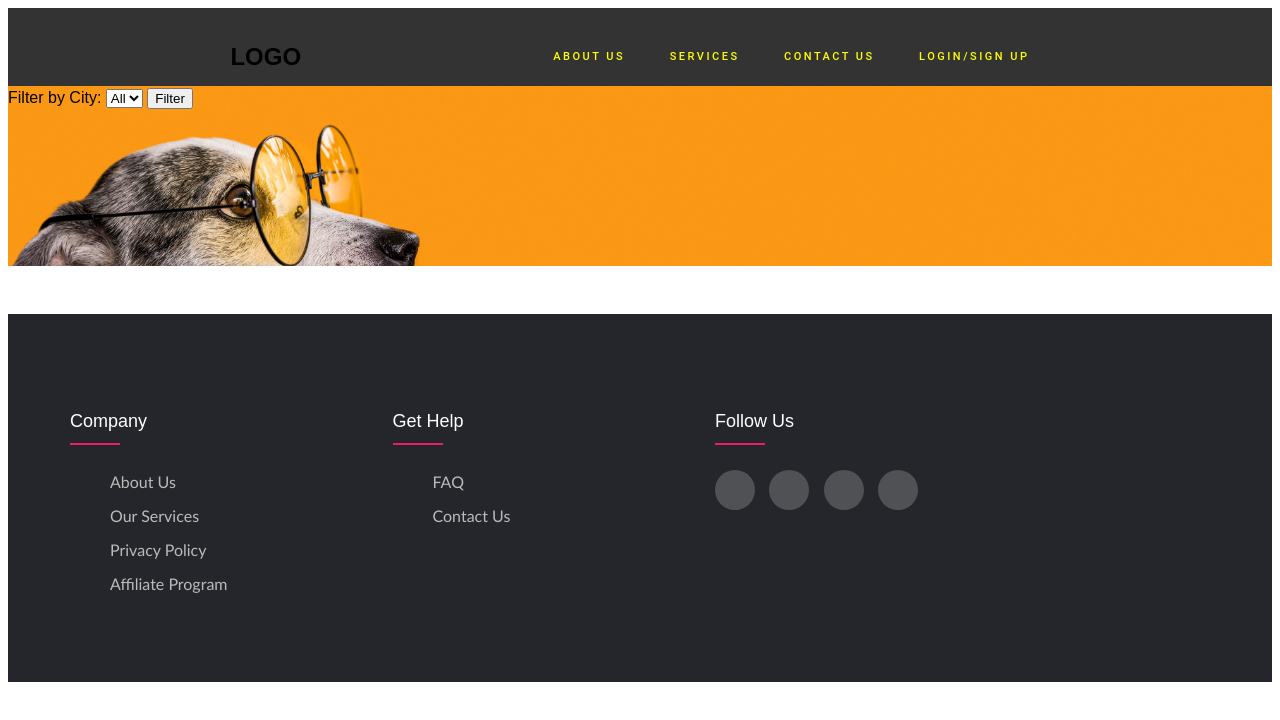
Repository: RishuGudigar/pawtakers
Page: templates/home.html
The author's editor kept a copy of each file at every save. The page is drawn from the files as they stood at one save, then again after the next save.
The browser window is 1280 px wide. The pictures show the whole page.
The page is served by the project's application, run on Django 4.2 (manage.py). Other server files are loaded and not shown. The template is opened directly, without the code that normally fills it, so the values that code supplies are empty.

Above is the page before, as saved 2023-05-22 08:18:08.

### pawtakers/templates/home.html
{% comment %} {% extends 'base.html' %} {% endcomment %}

{% block content %}
{% load static %}

<style>
    .container {
        display: flex;
        flex-wrap: wrap;
        gap: 20px;
    }

    .profile {
        display: flex;
        align-items: center;
        gap: 20px;
        margin-bottom: 20px;
    }

    .image-container {
        flex: 0 0 200px;
    }

    .image {
        width: 100%;
        height: auto;
        object-fit: cover;
    }

    .profile-details {
        flex-grow: 1;
    }

    .name {
        font-weight: bold;
    }

    .address {
        margin-top: 5px;
    }

    .description {
        margin-top: 10px;
    }

    .call-button {
        margin-top: 10px;
    }

    .container:hover {
        box-shadow: 0 0 10px rgba(0, 0, 0, 0.3); /* Add box shadow effect on hover */
        background-image: url('{% static "r_bg.jpg" %}');
        /* Add background image on hover */
        background-repeat: repeat; /* Set the background image to repeat */
        background-size: auto; /* Reset the background image size */
        background-position: fixed; /* Reset the background image position */
    }

    @import url('https://fonts.googleapis.com/css2?family=Poppins:wght@300;400;500;600;700&display=swap');

    body {
        line-height: 1.5;
        font-family: 'Poppins', sans-serif;
    }

    .container {
        max-width: 1170px;
        margin: auto;
    }

    .row {
        display: flex;
        flex-wrap: wrap;
    }

    ul {
        list-style: none;
    }

    .nav-bar{
        width: 100%;
    }


    .navbar{
        display: flex;
        align-items: center;
        justify-content: space-around;
        padding-top:20px;
        padding-left: 10%;
        padding-right:10%;
        background-color: rgba(0,0,0,0.8);
        height: 8vh;


    }

    .navbar ul li{
        list-style-type: none;
        display: inline-block;
        padding: 10px 20px;
    }

    .navbar ul li a{
        text-decoration: none;
        font-weight: 500;
        color:yellow;
        font-family: 'Roboto', sans-serif;
        font-size: 11px;
        text-transform: uppercase;
        letter-spacing: 2.5px;

    }

    .navbar ul li a:hover{
        color: white;
        transition: .4s;
        font-size: medium;
        font-weight: 500;
    }
    .container_view{
        max-width: 1170px;
        margin:auto;
    }
    .row{
        display: flex;
        flex-wrap: wrap;
    }
    ul{
        list-style: none;
    }
    .footer{
        background-color: #24262b;
        padding: 70px 0;
    }
    .footer-col{
        width: 25%;
        padding: 0 15px;
    }
    .footer-col h4{
        font-size: 18px;
        color: #ffffff;
        text-transform: capitalize;
        margin-bottom: 35px;
        font-weight: 500;
        position: relative;
    }
    .footer-col h4::before{
        content: '';
        position: absolute;
        left:0;
        bottom: -10px;
        background-color: #e91e63;
        height: 2px;
        box-sizing: border-box;
        width: 50px;
    }
    .footer-col ul li:not(:last-child){
        margin-bottom: 10px;
    }
    .footer-col ul li a{
        font-size: 16px;
        text-transform: capitalize;
        color: #ffffff;
        text-decoration: none;
        font-weight: 300;
        color: #bbbbbb;
        display: block;
        transition: all 0.3s ease;
        font-family: 'Gill Sans', 'Gill Sans MT', Calibri, 'Trebuchet MS', sans-serif;
    }
    .footer-col ul li a:hover{
        color: #ffffff;
        padding-left: 8px;
    }
    .footer-col .social-links a{
        display: inline-block;
        height: 40px;
        width: 40px;
        background-color: rgba(255,255,255,0.2);
        margin:0 10px 10px 0;
        text-align: center;
        line-height: 40px;
        border-radius: 50%;
        color: #ffffff;
        transition: all 0.5s ease;
    }
    .footer-col .social-links a:hover{
        color: #24262b;
        background-color: #ffffff;
        align-item:center;
        margin:auto;
    }

    .form_city{
        width:100%;
        height:25vh;
        background-image: url('{% static "filter_background.jpg" %}');
        background-repeat: no-repeat;
        background-size: cover;
    }


</style>
<div class="nav-bar">
    <nav class="navbar">
        <div>
        <a class="logo"><H1>LOGO</H1></a>
        </div>

        <div>
            <ul class="navbar-nav">
                <li class="nav-item"><a class="nav-link" href="#">About Us</a></li>
                <li class="nav-item"><a class="nav-link" href="#">Services</a></li>
                <li class="nav-item"><a class="nav-link" href="#">Contact Us</a></li>
                <li class="nav-item"><a class="nav-link" href="#">Login/Sign up</a></li>
        </ul>
        </div>
    </nav>
</div>
<div class=form_city>
<form method="GET" action="" class="city_form">
    <label for="city">Filter by City:</label>
    <select id="city" name="city">
        <option value="">All</option>
        {% for city in cities %}
            <option value="{{ city }}" {% if selected_city == city %}selected{% endif %}>{{ city }}</option>
        {% endfor %}
    </select>
    <button type="submit">Filter</button>
</form>
</div>
<br>
<br>
    {% for profile in profiles %}
    <div class="container">
    <div class="profile">
        <div class="image-container">
            <img src="{{ profile.image.url }}" alt="Person Image" class="image">
        </div>
        <div class="profile-details">
            <div class="name">{{ profile.name }}</div>
            <div class="address">{{ profile.city }},{{ profile.state }}</div>
            <div class="description">
                <p>Service Description:</p>
                <p>{{ profile.description }}</p>
            </div>
            <button class="call-button" onclick="callPerson('+91 8848699797')">
                <i class="fas fa-phone"></i>Call
            </button>
            <button class="call-button">
            <a href="{% url 'caretaker:profile' profile.pk %}" class="stretched-link">View More </a>
            </button>
        </div>
    </div>
</div>
<br>
<br>
    {% endfor %}



    <footer class="footer">
        <div class="container_view">
            <div class="row">
                <div class="footer-col">
                    <h4>company</h4>
                    <ul>
                        <li><a href="#">about us</a></li>
                        <li><a href="#">our services</a></li>
                        <li><a href="#">privacy policy</a></li>
                        <li><a href="#">affiliate program</a></li>
                    </ul>
                </div>
                <div class="footer-col">
                    <h4>get help</h4>
                    <ul>
                        <li><a href="#">FAQ</a></li>
                        <li><a href="#">Contact Us</a></li>
                    </ul>
                </div>

                <div class="footer-col">
                    <h4>follow us</h4>
                    <div class="social-links">
                        <a href="#"><i class="fab fa-facebook-f"></i></a>
                        <a href="#"><i class="fab fa-twitter"></i></a>
                        <a href="#"><i class="fab fa-instagram"></i></a>
                        <a href="#"><i class="fab fa-linkedin-in"></i></a>
                    </div>
                </div>
            </div>
        </div>
    </footer>

{% endblock %}

### pawtakers/pawtakers/urls.py
"""
URL configuration for pawtakers project.

The `urlpatterns` list routes URLs to views. For more information please see:
    https://docs.djangoproject.com/en/4.2/topics/http/urls/
Examples:
Function views
    1. Add an import:  from my_app import views
    2. Add a URL to urlpatterns:  path('', views.home, name='home')
Class-based views
    1. Add an import:  from other_app.views import Home
    2. Add a URL to urlpatterns:  path('', Home.as_view(), name='home')
Including another URLconf
    1. Import the include() function: from django.urls import include, path
    2. Add a URL to urlpatterns:  path('blog/', include('blog.urls'))
"""
from django.contrib import admin
from django.urls import include,path
from django.conf.urls import include
from caretaker.views import ProfileView

urlpatterns = [
    path("", include("caretaker.urls")),
    path('admin/', admin.site.urls),
    path('accounts/', include('allauth.urls')),


]

### pawtakers/caretaker/urls.py
from django.urls import path
from . import views
from .views import display,ProfileView,Data
from django.conf import settings
from django.conf.urls.static import static

app_name = 'caretaker'

urlpatterns = [

    path('display', views.display, name='display'),
    path('', views.index , name="index"),
    path('profile/<int:pk>',ProfileView.as_view(),name='profile'),
    path('forms/',Data.as_view(),name="Data")

]

if settings.DEBUG:
    urlpatterns+= static(settings.MEDIA_URL, document_root=settings.MEDIA_ROOT)

After the next save:
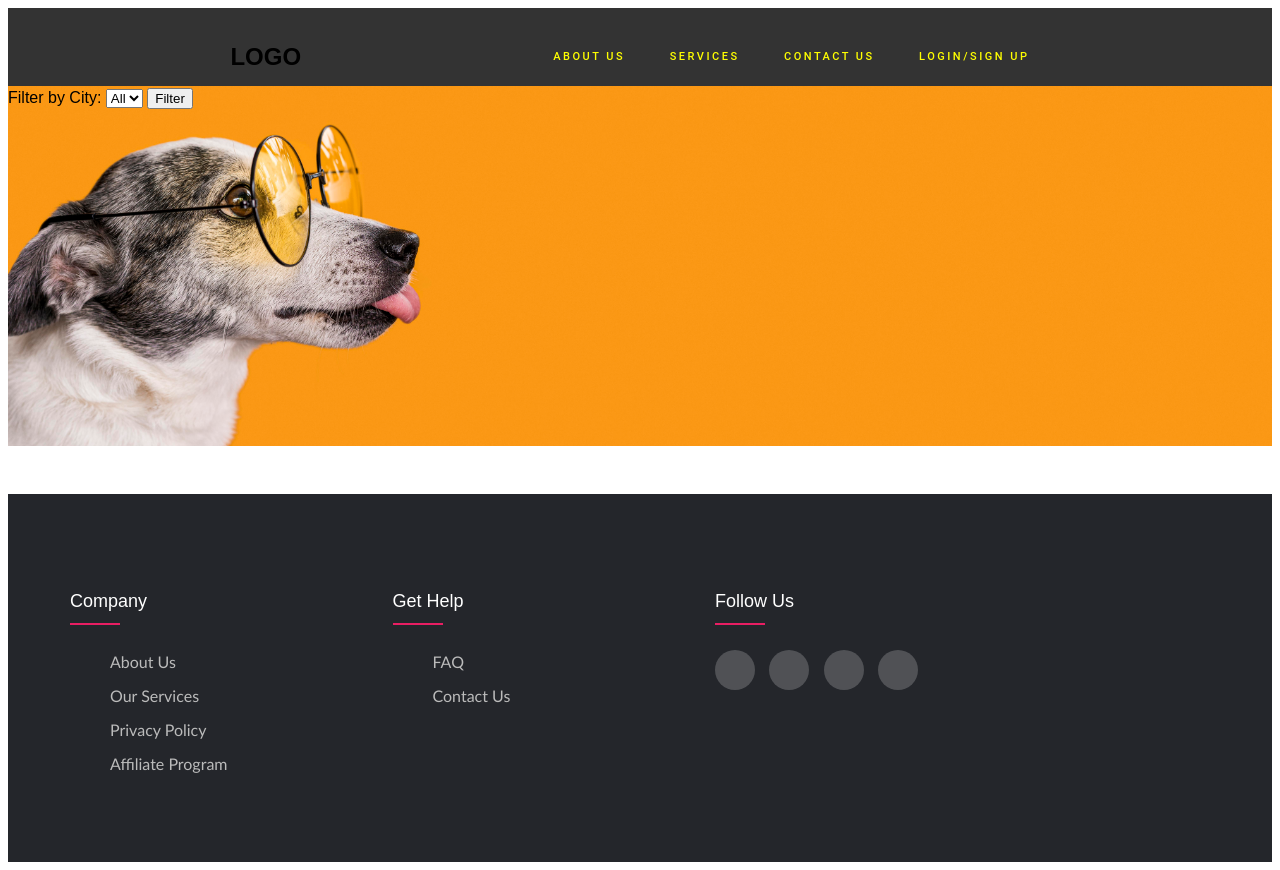
Saved 15 s later.
--- a/pawtakers/templates/home.html
+++ b/pawtakers/templates/home.html
@@ -194,7 +194,7 @@
 
     .form_city{
         width:100%;
-        height:25vh;
+        height:50vh;
         background-image: url('{% static "filter_background.jpg" %}');
         background-repeat: no-repeat;
         background-size: cover;
